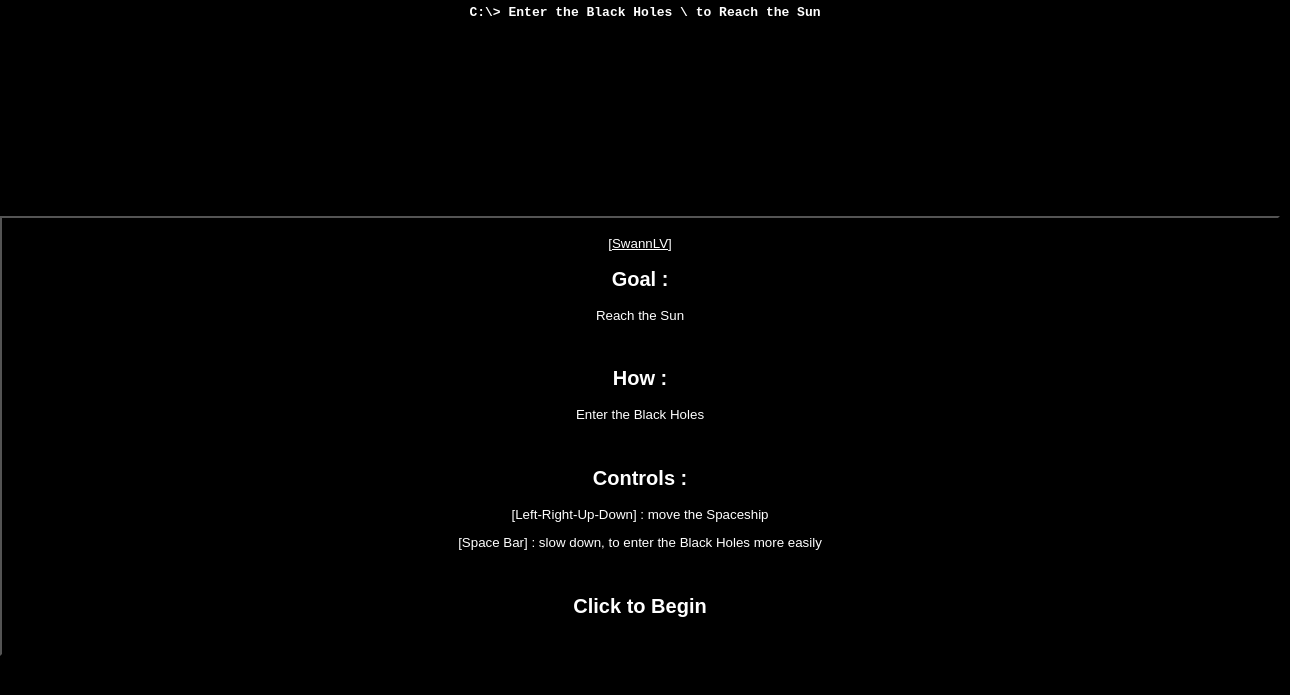
Repository: SwannLV/reach-the-sun
Page: Index.html
The author's editor kept a record of every edit. The page is drawn from the files as they stood at one moment, then again after the next edit.
The browser window is 1280 px wide. The page is 1290 px wide, so the pictures cover 1290 px, including what lies to the right of the window. The pictures show the whole page.
Some web libraries are served in a nearby version.

Above is the page before.
Console error: ReferenceError: THREE is not defined

### Index.html
<!DOCTYPE html>
<html lang="en">

    <head>
        <title>SwannLV</title>
        <meta charset="utf-8">
        <meta name="viewport" content="width=device-width, user-scalable=no, minimum-scale=1.0, maximum-scale=1.0">
        <style>
            body {
                color: #ffffff;
                font-family:Monospace;
                font-size:13px;
                text-align:center;
                font-weight: bold;
                background-color: #000000;
                margin: 0px;
                overflow: hidden;
            }
            #info {
                position: absolute;
                top: 0px;
                width: 100%;
                padding: 5px;
            }
            #start {
                position: absolute;
                top: 30%;
                left: 0%;
                width: 100%;
                padding: 5px;
            }
            #end {
                position: absolute;
                top: 50%;
                left: 0%;
                width: 100%;
                height: 20%;
                padding: 5px;
                display: none;
            }
            #infoMusic {
                position: absolute;
                bottom: 0px;
                right: 5px;
                padding: 5px;
            }
            #ongoing
            {
                position: absolute;
                top: 0px;
                right: 5px;
                padding: 5px;
                color: #ff0000;
            }
            a {
                color: #ffffff;
            }
        </style>
        <script type="text/javascript">
          var _gaq = _gaq || [];
          _gaq.push(['_setAccount', 'UA-36066678-1']);
          _gaq.push(['_trackPageview']);
          (function() {
            var ga = document.createElement('script'); ga.type = 'text/javascript'; ga.async = true;
            ga.src = ('https:' == document.location.protocol ? 'https://ssl' : 'http://www') + '.google-analytics.com/ga.js';
            var s = document.getElementsByTagName('script')[0]; s.parentNode.insertBefore(ga, s);
          })();
        </script>
        <script src="//ajax.googleapis.com/ajax/libs/jquery/1.8.3/jquery.min.js"></script>
    </head>

    <body>
        <div id="container"></div>
        <div id="info">
            C:\> Enter the Black Holes \ to Reach the Sun
        </div>

        <button id="start" style="background-color:black; color:white;">
            <p>[<a href="http://ca.linkedin.com/in/swannlv" target="_blank">SwannLV</a>]</p>
            <h2>Goal :</h2>
            <p>Reach the Sun</p><br/>
            <h2>How :</h2>
            <p>Enter the Black Holes</p><br/>
            <h2>Controls :</h2>
            <p>[Left-Right-Up-Down] : move the Spaceship
            <p>[Space Bar] : slow down, to enter the Black Holes more easily</p><br/>
            <h2>Click to Begin</h2>
            <br/>
        </button>
        <button id="end" style="background-color:black; color:white;">C:\> GAME OVER</button>

        <!--<div id="ongoing">-->
        <!--    <h3>Ongoing project</h3>-->
        <!--</div>-->
        <!--<div id="infoMusic">-->
        <!--    Music | Boris Banzo-->
        <!--</div>-->


        <script src="libs/three.min.js"></script>
        <script src='libs/THREEx.KeyboardState.js'></script>
        <script src="libs/shaders/ConvolutionShader.js"></script>
        <script src="libs/shaders/CopyShader.js"></script>
        <script src="libs/shaders/FilmShader.js"></script>
        <script src="libs/postprocessing/EffectComposer.js"></script>
        <script src="libs/postprocessing/ShaderPass.js"></script>
        <script src="libs/postprocessing/MaskPass.js"></script>
        <script src="libs/postprocessing/RenderPass.js"></script>
        <script src="libs/postprocessing/BloomPass.js"></script>
        <script src="libs/postprocessing/FilmPass.js"></script>
        <script src="libs/ImprovedNoise.js"></script>
        <script src="libs/Visualiser.js"></script>
        <script src="libs/Detector.js"></script>
        <script src="libs/stats.min.js"></script>
        <script src="libs/buffer-loader.js"></script>

        <script id="sunFragmentShader" type="x-shader/x-fragment">
            uniform float time;
            uniform vec2 resolution;
            uniform float fogDensity;
            uniform vec3 fogColor;
            uniform sampler2D texture1;
            uniform sampler2D texture2;
            varying vec2 vUv;

            void main(void) {
                vec2 position = -1.0 + 2.0 * vUv;
                vec4 noise = texture2D(texture1, vUv);
                vec2 T1 = vUv + vec2(1.5, - 1.5) * time * 0.02;
                vec2 T2 = vUv + vec2(-0.5, 2.0) * time * 0.01;

                T1.x += noise.x * 2.0;
                T1.y += noise.y * 2.0;
                T2.x -= noise.y * 0.2;
                T2.y += noise.z * 0.2;
                float p = texture2D(texture1, T1 * 2.0).a;
                vec4 color = texture2D(texture2, T2 * 2.0);
                vec4 temp = color * (vec4(p, p, p, p) * 2.0) + (color * color - 0.1);
                if (temp.r > 1.0) {
                    temp.bg += clamp(temp.r - 2.0, 0.0, 100.0);
                }
                if (temp.g > 1.0) {
                    temp.rb += temp.g - 1.0;
                }
                if (temp.b > 1.0) {
                    temp.rg += temp.b - 1.0;
                }
                gl_FragColor = temp;
                float depth = gl_FragCoord.z / gl_FragCoord.w;
                const float LOG2 = 1.442695;
                float fogFactor = exp2(-fogDensity * fogDensity * depth * depth * LOG2);
                fogFactor = 0.001; //1.0 - clamp( fogFactor, 0.0, 1.0 );
                gl_FragColor = mix(gl_FragColor, vec4(fogColor, gl_FragColor.w), fogFactor);
            }
        </script>

        <script id="sunVertexShader" type="x-shader/x-vertex">
            uniform vec2 uvScale;
            varying vec2 vUv;

            void main() {
                vUv = uvScale * uv;
                vec4 mvPosition = modelViewMatrix * vec4(position, 1.0);
                gl_Position = projectionMatrix * mvPosition;
            }
        </script>

        <script src="Game.js"></script>
    </body>

</html>

### libs/postprocessing/EffectComposer.js
/**
 * @author alteredq / http://alteredqualia.com/
 */

THREE.EffectComposer = function ( renderer, renderTarget ) {

    this.renderer = renderer;

	this.renderTarget1 = renderTarget;

	if ( this.renderTarget1 === undefined ) {

		var width = window.innerWidth || 1;
		var height = window.innerHeight || 1;

		this.renderTargetParameters = { minFilter: THREE.LinearFilter, magFilter: THREE.LinearFilter, format: THREE.RGBFormat, stencilBuffer: false };
		this.renderTarget1 = new THREE.WebGLRenderTarget( width, height, this.renderTargetParameters );

	}

	this.renderTarget2 = this.renderTarget1.clone();

	this.writeBuffer = this.renderTarget1;
	this.readBuffer = this.renderTarget2;

	this.passes = [];

	if ( THREE.CopyShader === undefined )
		console.error( "THREE.EffectComposer relies on THREE.CopyShader" );

	this.copyPass = new THREE.ShaderPass( THREE.CopyShader );

};

THREE.EffectComposer.prototype = {

	swapBuffers: function() {

		var tmp = this.readBuffer;
		this.readBuffer = this.writeBuffer;
		this.writeBuffer = tmp;

	},

	addPass: function ( pass ) {

		this.passes.push( pass );

	},

	render: function ( delta ) {

		this.writeBuffer = this.renderTarget1;
		this.readBuffer = this.renderTarget2;

		var maskActive = false;

		var pass, i, il = this.passes.length;

		for ( i = 0; i < il; i ++ ) {

			pass = this.passes[ i ];

			if ( !pass.enabled ) continue;

			pass.render( this.renderer, this.writeBuffer, this.readBuffer, delta, maskActive );

			if ( pass.needsSwap ) {

				if ( maskActive ) {

					var context = this.renderer.context;

					context.stencilFunc( context.NOTEQUAL, 1, 0xffffffff );

					this.copyPass.render( this.renderer, this.writeBuffer, this.readBuffer, delta );

					context.stencilFunc( context.EQUAL, 1, 0xffffffff );

				}

				this.swapBuffers();

			}

			if ( pass instanceof THREE.MaskPass ) {

				maskActive = true;

			} else if ( pass instanceof THREE.ClearMaskPass ) {

				maskActive = false;

			}

		}

	},

	reset: function ( renderTarget ) {

		this.renderTarget1 = renderTarget;

		if ( this.renderTarget1 === undefined ) {

			this.renderTarget1 = new THREE.WebGLRenderTarget( window.innerWidth, window.innerHeight, this.renderTargetParameters );

		}

		this.renderTarget2 = this.renderTarget1.clone();

		this.writeBuffer = this.renderTarget1;
		this.readBuffer = this.renderTarget2;

	}

};

// shared ortho camera

THREE.EffectComposer.camera = new THREE.OrthographicCamera( -1, 1, 1, -1, 0, 1 );

THREE.EffectComposer.quad = new THREE.Mesh( new THREE.PlaneGeometry( 2, 2 ), null );

THREE.EffectComposer.scene = new THREE.Scene();
THREE.EffectComposer.scene.add( THREE.EffectComposer.quad );

Loaded but not shown: libs/THREEx.KeyboardState.js (library); Game.js (686 lines, source omitted); libs/three.min.js (empty); libs/shaders/ConvolutionShader.js (empty); libs/shaders/CopyShader.js (empty); libs/shaders/FilmShader.js (empty); libs/postprocessing/ShaderPass.js (empty); libs/postprocessing/MaskPass.js (empty); libs/postprocessing/RenderPass.js (empty); libs/postprocessing/BloomPass.js (empty); libs/postprocessing/FilmPass.js (empty); libs/ImprovedNoise.js (empty); libs/Visualiser.js (empty); libs/Detector.js (empty); libs/stats.min.js (empty); libs/buffer-loader.js (empty)

After the next edit:
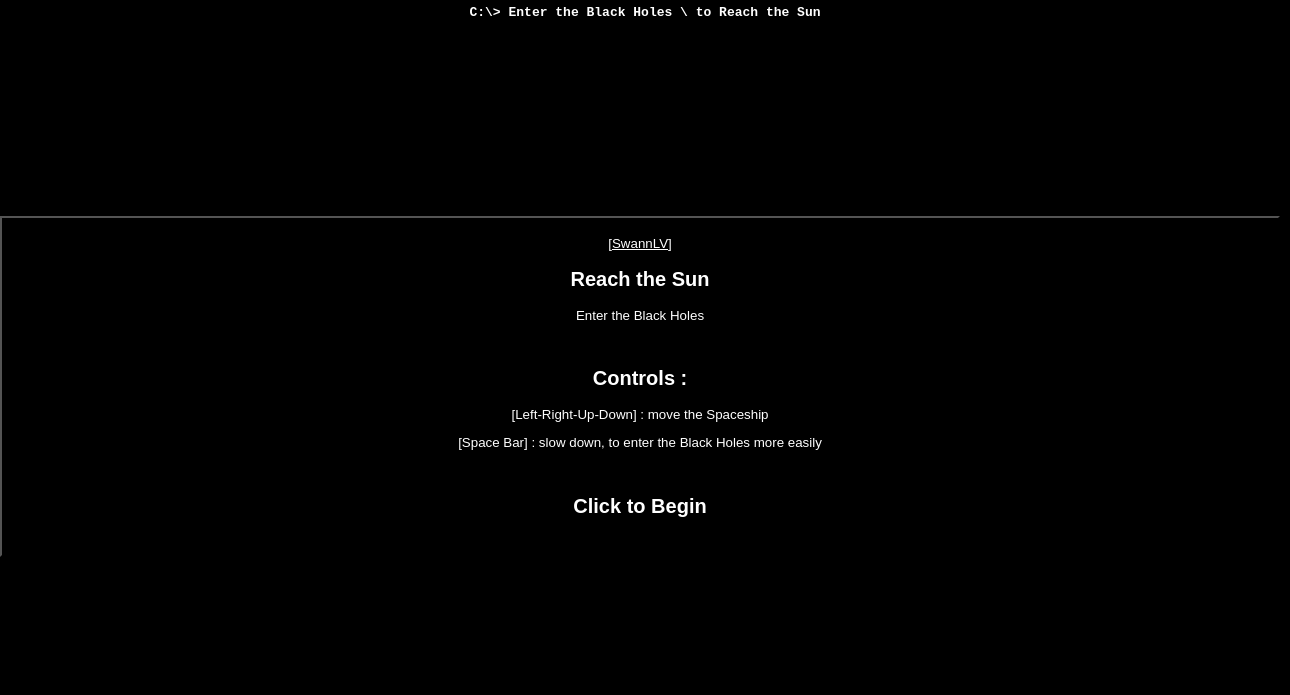
The edit:
--- a/Index.html
+++ b/Index.html
@@ -77,9 +77,7 @@
 
         <button id="start" style="background-color:black; color:white;">
             <p>[<a href="http://ca.linkedin.com/in/swannlv" target="_blank">SwannLV</a>]</p>
-            <h2>Goal :</h2>
-            <p>Reach the Sun</p><br/>
-            <h2>How :</h2>
+            <h2>Reach the Sun</h2>
             <p>Enter the Black Holes</p><br/>
             <h2>Controls :</h2>
             <p>[Left-Right-Up-Down] : move the Spaceship
